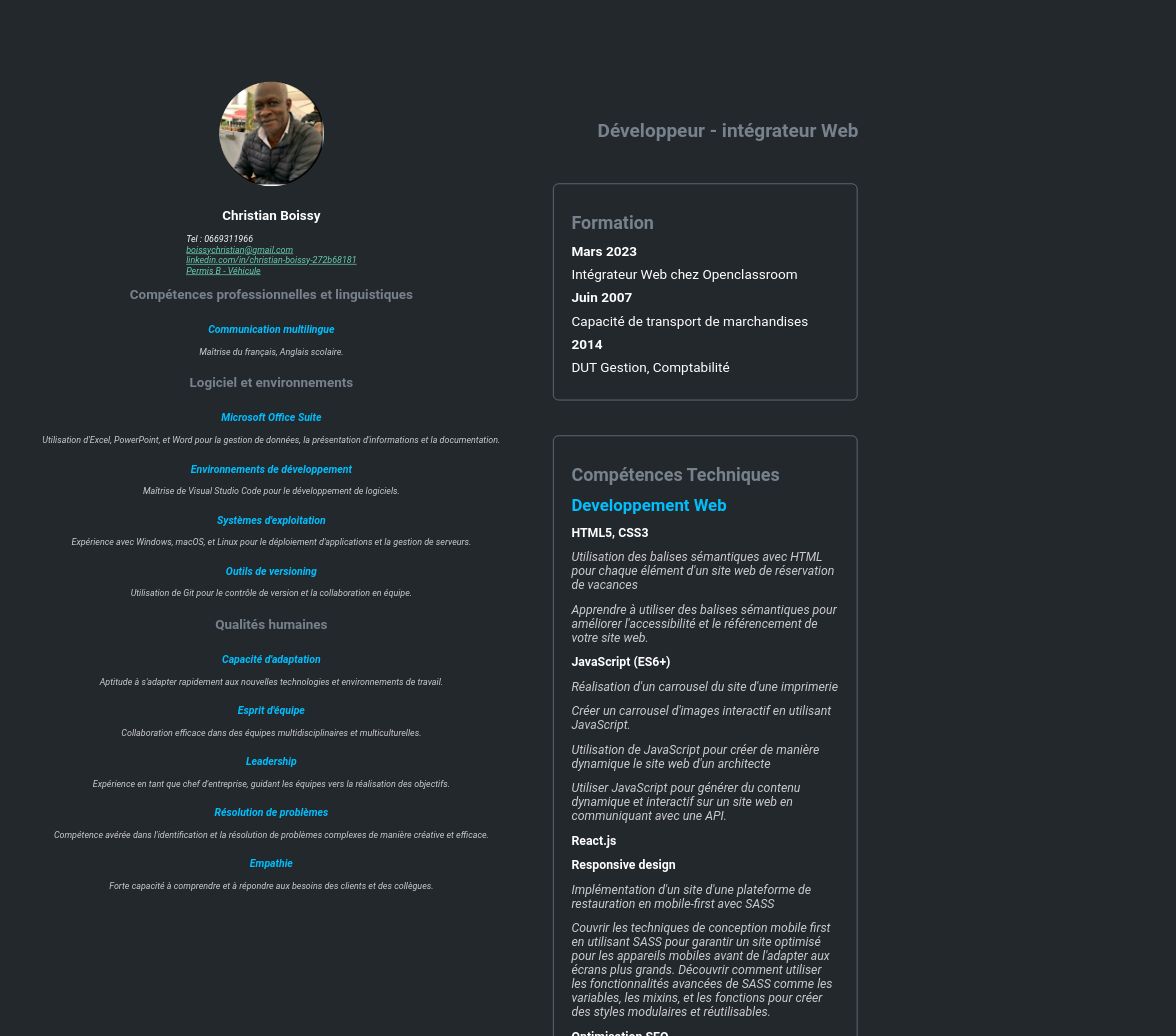
Repository: Christian121966/cv-logistique
Page: /
The author's editor kept a copy of each file at every save. The page is drawn from the files as they stood at one save, then again after the next save.
The browser window is 1280 px wide. The page is 1680 px wide, so the pictures cover 1680 px, including what lies to the right of the window. The pictures show the part of the page from y = 0 to 1480 px (the page is 2770 px tall before and 2835 px after), at 70% of full size.
The project was rebuilt for these pictures with package versions that can differ from the ones it lists, and the page was loaded fresh each time.

Above is the page before, as saved 2024-07-29 01:23:36.

After the next save:
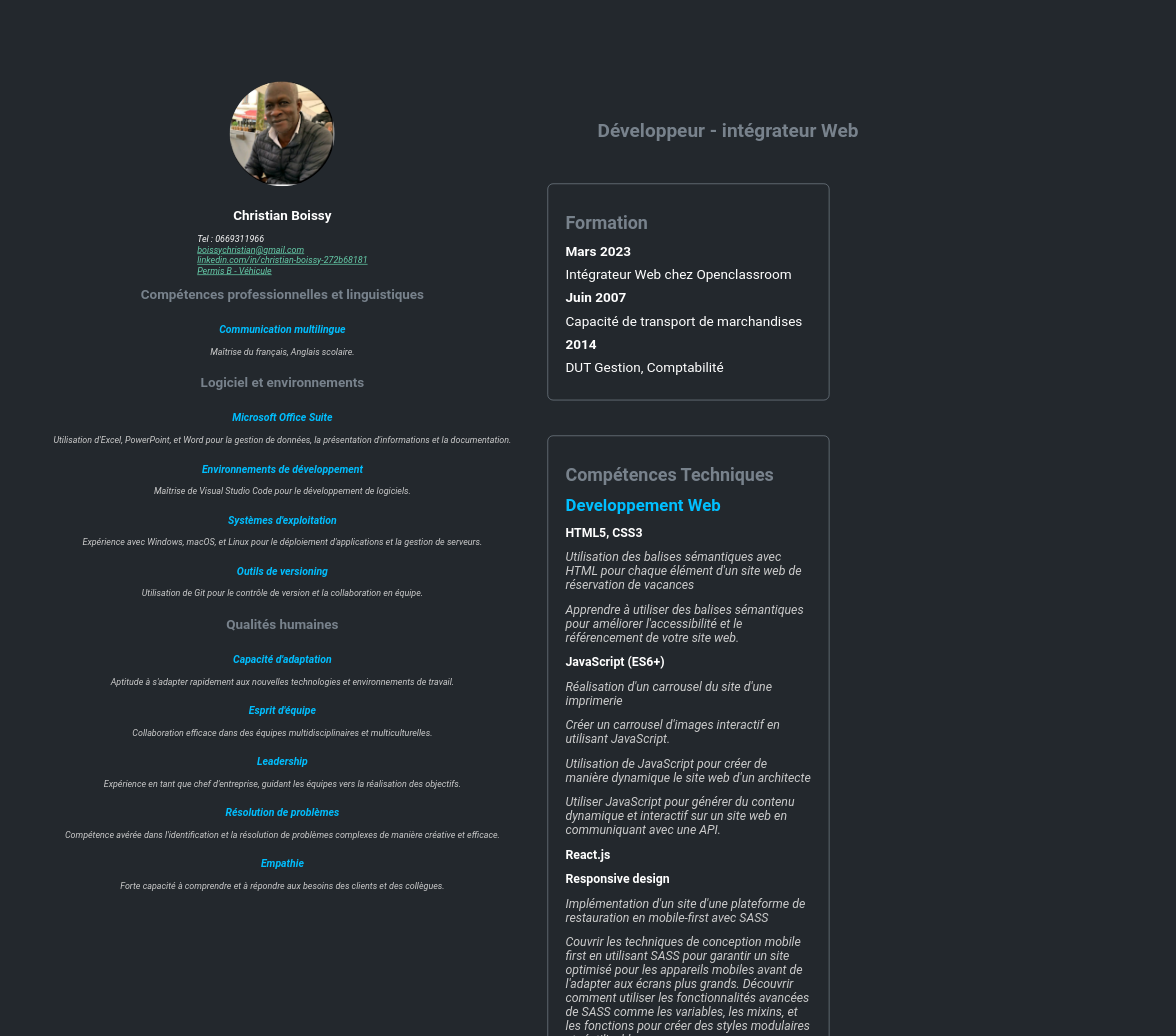
Saved 4 s later.
--- a/src/App.css
+++ b/src/App.css
@@ -260,6 +260,8 @@ body footer p {
     padding: 25px;
     justify-content: center;
     align-items: flex-start;
+    max-width: 1200px;
+    margin: 0 auto;
   }
   body .sidebar {
     width: 35%;
@@ -358,4 +360,4 @@ body footer p {
   body p {
     font-size: 1em;
   }
-}/*# sourceMappingURL=App_20240729012313.css.map */
+}/*# sourceMappingURL=App_20240729012340.css.map */
